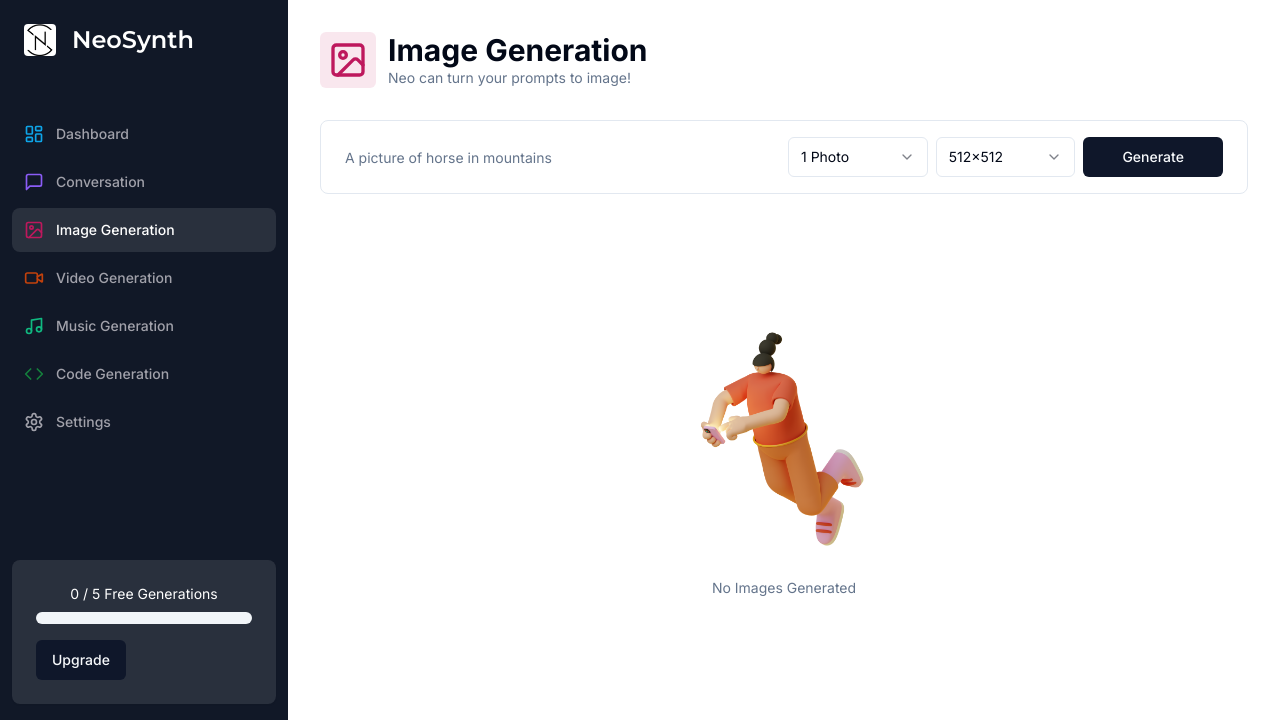
Repository: tathagat22/NeoSynth
Page: /image
The author's editor kept a copy of each file at every save. The page is drawn from the files as they stood at one save, then again after the next save.
The browser window is 1280 px wide. The pictures show the whole page.
The page's requests for data from a server got no answer. The project was rebuilt for these pictures with package versions that can differ from the ones it lists, and the page was loaded fresh each time. Some packages were replaced by stand-ins written for this rebuild. The framework's server and built-in components were replaced by stand-ins that run in the browser. No one was signed in, and anything a server would have sent is missing. Also part of the build but not shown: next.config.js, components/ui/label.tsx, components/loader.tsx.

Above is the page before, as saved 2023-09-03 17:09:57.

After the next save:
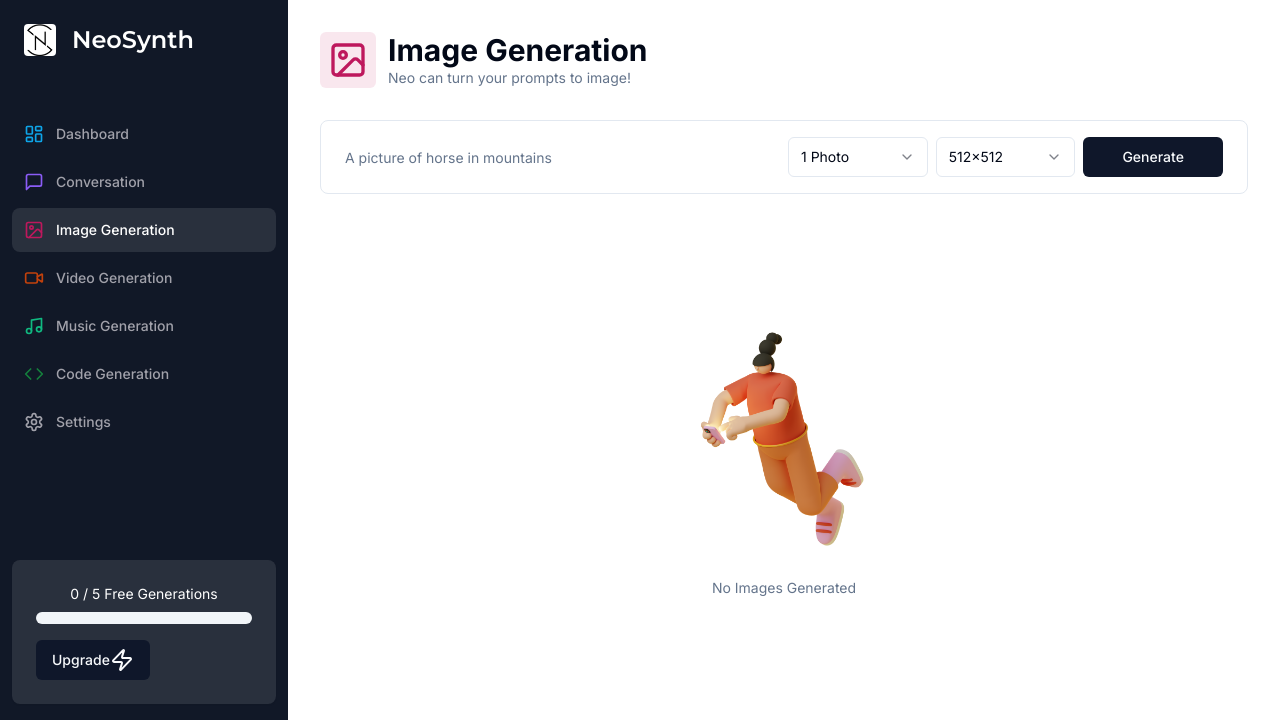
Saved 14 s later.
--- a/components/free-counter.tsx
+++ b/components/free-counter.tsx
@@ -5,6 +5,7 @@
 import { MAX_FREE_COUNTS } from "@/constants";
 import { Progress } from "./ui/progress";
 import { Button } from "./ui/button";
+import { Zap } from "lucide-react";
 
 interface FreeCounterProps {
   apiLimitCount: number;
@@ -35,6 +36,7 @@
           </div>
           <Button>
             Upgrade
+            <Zap />
           </Button>
         </CardContent>
       </Card>
